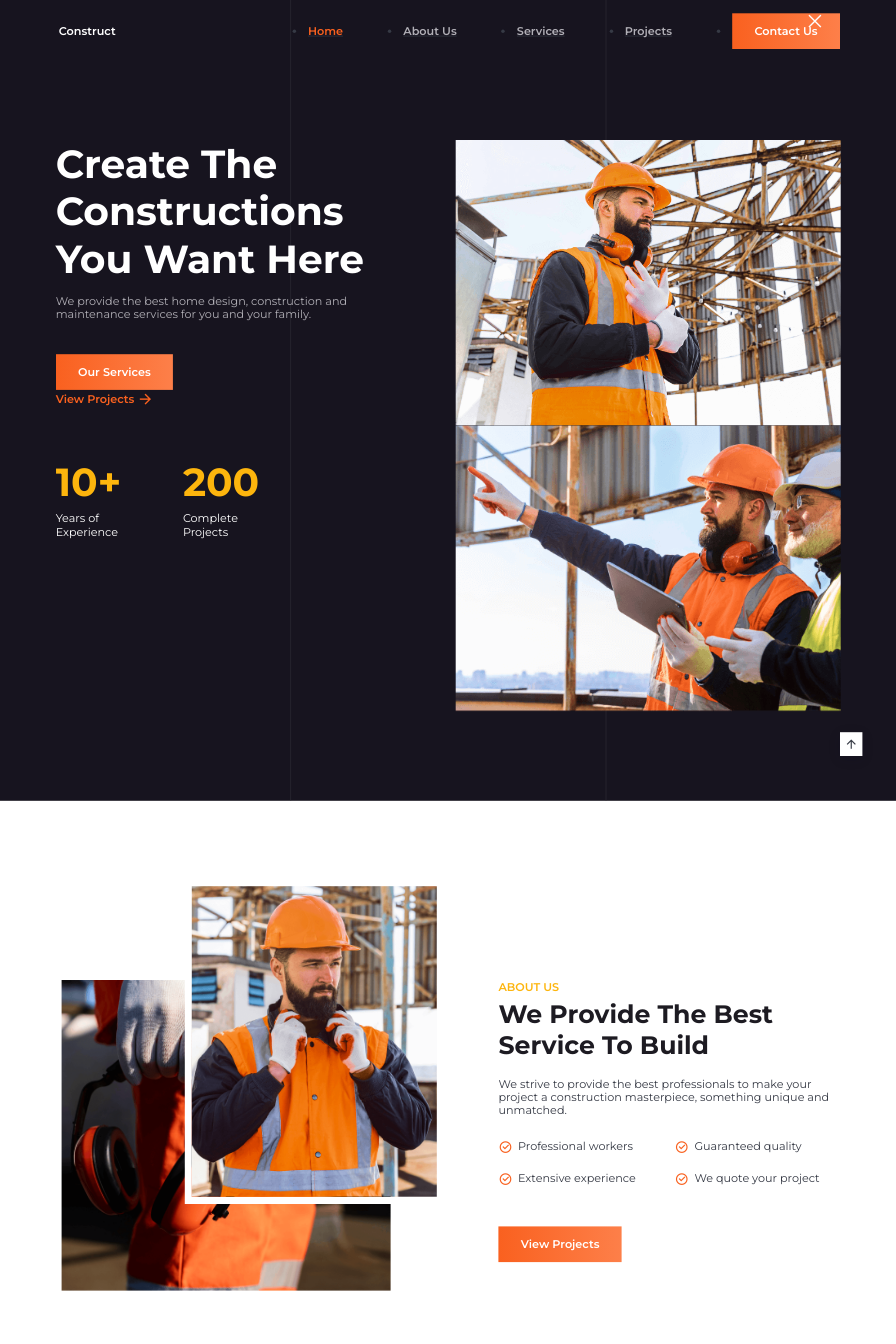
Repository: douglasabnovato/construction
Page: index.html
These files come from the project's save history. The page is drawn as it stood at one moment and after the next save; the edit follows.
The browser window is 1280 px wide. The pictures show the part of the page from y = 0 to 1920 px (the page is 6042 px tall before and 5795 px after), at 70% of full size.

Above is the page before, as saved 2025-05-01 23:54:03.
Console error: ReferenceError: ScrollReveal is not defined

### index.html
<!DOCTYPE html>
<html lang="en">
  <head>
    <meta charset="UTF-8" />
    <meta name="viewport" content="width=device-width, initial-scale=1.0" />

    <!--=============== FAVICON ===============-->
    <link
      rel="shortcut icon"
      href="assets/img/favicon.png"
      type="image/x-icon"
    />

    <!--=============== REMIXICONS ===============-->
    <link
      rel="stylesheet"
      href="https://cdnjs.cloudflare.com/ajax/libs/remixicon/4.2.0/remixicon.css"
    />

    <!--=============== SWIPER CSS ===============-->
    <link rel="stylesheet" href="./assets/css/swiper-bundle.min.css" />

    <!--=============== CSS ===============-->
    <link rel="stylesheet" href="assets/css/styles.css" />

    <title>Construction</title>
  </head>
  <body>
    <!--==================== HEADER ====================-->
    <header class="header bg-header" id="header">
      <nav class="nav container">
        <a href="#" class="nav__logo">
          <i class="ri-bulding-3-line"></i>
          <span>Construct</span>
        </a>
        <div class="nav__menu" id="nav-menu">
          <u class="nav__list">
            <li>
              <a href="#home" class="nav__link active-link">Home</a>
            </li>
            <li>
              <a href="#about" class="nav__link"> About Us</a>
            </li>
            <li>
              <a href="#services" class="nav__link"> Services</a>
            </li>
            <li>
              <a href="#projects" class="nav__link"> Projects</a>
            </li>
            <li>
              <a href="#contact" class="nav__link button"> Contact Us</a>
            </li>
          </u>
          <!-- Close Button -->
          <div class="nav__close" id="nav-close">
            <i class="ri-close-large-line"></i>
          </div>
        </div>
        <!-- Toggle menu -->
        <div class="nav__toggle" id="nav-toggle">
          <i class="ri-apps-2-line"></i>
        </div>
      </nav>
    </header>

    <!--==================== MAIN ====================-->
    <main class="main">
      <!--==================== HOME ====================-->
      <section class="home section" id="home">
        <img
          src="./assets/img/home-lines-bg.svg"
          alt="image"
          class="home__lines"
        />
        <div class="home__container container grid">
          <div class="home__content grid">
            <div class="home__data">
              <h1 class="home__title">
                Create The<br />
                Constructions<br />
                You Want Here
              </h1>
              <p class="home__description">
                We provide the best home design, construction and maintenance
                services for you and your family.
              </p>
              <div class="home__buttons">
                <a href="#services" class="button">Our Services</a>
                <a href="#projects" class="button__link"
                  ><span>View Projects</span> <i class="ri-arrow-right-line"></i
                ></a>
              </div>
            </div>
            <div class="home__info">
              <div>
                <h3 class="home__info-title">10+</h3>
                <p class="home__info-description">
                  Years of <br />
                  Experience
                </p>
              </div>
              <div>
                <h3 class="home__info-title">200</h3>
                <p class="home__info-description">
                  Complete <br />
                  Projects
                </p>
              </div>
            </div>
          </div>
          <div class="home__images">
            <img
              src="./assets/img/home-img-1.png"
              alt="imagem"
              class="home__img-1"
            />
            <img
              src="./assets/img/home-img-2.png"
              alt="imagem"
              class="home__img-1"
            />
          </div>
        </div>
      </section>

      <!--==================== ABOUT ====================-->
      <section class="about section" id="about">
        <div class="about__container container grid">
          <div class="about__data">
            <span class="section__subtitle">ABOUT US</span>
            <h2 class="section__title">
              We Provide The Best <br />
              Service To Build
            </h2>
            <p class="about__description">
              We strive to provide the best professionals to make your project a
              construction masterpiece, something unique and unmatched.
            </p>
            <ul class="about__list grid">
              <li class="about__list-item">
                <i class="ri-checkbox-circle-line"></i>
                <span>Professional workers</span>
              </li>
              <li class="about__list-item">
                <i class="ri-checkbox-circle-line"></i>
                <span>Guaranteed quality</span>
              </li>
              <li class="about__list-item">
                <i class="ri-checkbox-circle-line"></i>
                <span>Extensive experience</span>
              </li>
              <li class="about__list-item">
                <i class="ri-checkbox-circle-line"></i>
                <span>We quote your project</span>
              </li>
            </ul>
            <a href="#" class="button">View Projects</a>
          </div>
          <div class="about__images">
            <img
              src="./assets/img/about-img-1.png"
              alt="image"
              class="about__img-1"
            />
            <img
              src="./assets/img/about-img-2.png"
              alt="image"
              class="about__img-2"
            />
          </div>
        </div>
      </section>

      <!--==================== SERVICES ====================-->
      <section class="services section" id="services">
        <div class="services__container container grid">
          <div class="services__data">
            <div>
              <span class="section__subtitle">OUR SERVICES</span>
              <h2 class="section__title">
                High Quality <br />
                Construction Services
              </h2>
            </div>
            <p class="services__description">
              We provide multiple services for you, offering confidence and
              security in construction.
            </p>
            <a href="#contact" class="button">Contact Now</a>
          </div>
          <div class="services__swiper swiper">
            <div class="swiper-wrapper">
              <article class="services__card swiper-slide">
                <div class="services__icon">
                  <i class="ri-building-line"></i>
                </div>
                <h3 class="services__title">
                  Housing <br />
                  Construction
                </h3>
                <p>
                  We build with the best professionals and high-quality work for
                  a safe and effective home.
                </p>
              </article>
              <article class="services__card swiper-slide">
                <div class="services__icon">
                  <i class="ri-home-office-line"></i>
                </div>
                <h3 class="services__title">
                  Construction Of <br />
                  Home Areas
                </h3>
                <p>
                  We build with the best professionals and high-quality work for
                  a safe and effective home.
                </p>
              </article>
              <article class="services__card swiper-slide">
                <div class="services__icon"><i class="ri-tools-line"></i></div>
                <h3 class="services__title">
                  Maintenance & <br />
                  Repair
                </h3>
                <p>
                  We build with the best professionals and high-quality work for
                  a safe and effective home.
                </p>
              </article>
              <article class="services__card swiper-slide">
                <div class="services__icon"><i class="ri-box-3-line"></i></div>
                <h3 class="services__title">
                  Installation Of <br />
                  ceramics & Others
                </h3>
                <p>
                  We build with the best professionals and high-quality work for
                  a safe and effective home.
                </p>
              </article>
              <article class="services__card swiper-slide">
                <div class="services__icon"><i class="ri-drop-line"></i></div>
                <h3 class="services__title">
                  Water & Drainage <br />
                  Installation
                </h3>
                <p>
                  We build with the best professionals and high-quality work for
                  a safe and effective home.
                </p>
              </article>
            </div>
          </div>
          <!-- Navigation buttons -->
          <div class="swiper-button-prev">
            <i class="ri-arrow-left-line"></i>
          </div>
          <div class="swiper-button-next">
            <i class="ri-arrow-right-line"></i>
          </div>
        </div>
        <div class="services__shape"></div>
      </section>

      <!--==================== PROJECTS ====================-->
      <section class="projects section" id="projects">
        <span class="section__subtitle">OUR PROJECTS</span>
        <h2 class="section__title">
          Latest Completed <br />
          Projects
        </h2>
        <div class="projects_container container grid">
          <article class="projects__card">
            <img
              src="./assets/img/projects-img-1.png"
              alt="image"
              class="projects_img"
            />
            <div class="projects__data">
              <span>House construction</span>
              <h2 class="projects__title">Two Story House</h2>
              <span class="projects__date">January 15, 2024</span>
              <p>
                Construction of a two-story house with columns, foundations,
                floor, ceilings and others.
              </p>
            </div>
          </article>
          <article class="projects__card">
            <img
              src="./assets/img/projects-img-2.png"
              alt="image"
              class="projects_img"
            />
            <div class="projects__data">
              <span>Maintenance & Repair</span>
              <h2 class="projects__title">Stairs & Columns</h2>
              <span class="projects__date">May 21, 2024</span>
              <p>
                Construction of a two-story house with columns, foundations,
                floor, ceilings and others.
              </p>
            </div>
          </article>
          <article class="projects__card">
            <img
              src="./assets/img/projects-img-3.png"
              alt="image"
              class="projects_img"
            />
            <div class="projects__data">
              <span>Construction Of Home Areas</span>
              <h2 class="projects__title">kitchen Room</h2>
              <span class="projects__date">July 03, 2024</span>
              <p>
                Construction of a two-story house with columns, foundations,
                floor, ceilings and others.
              </p>
            </div>
          </article>
        </div>
      </section>

      <!--==================== CONTACT ====================-->
      <section class="contact section" id="contact">
        <div class="container">
          <span class="section__subtitle"> CONTACT ME </span>
          <h2 class="section__title">Write To Us & Build</h2>
          <div class="contact__container grid">
            <img
              src="./assets/img/contact-img.png"
              alt="image"
              class="contact__img"
            />
            <div class="contact__data grid">
              <div class="contact__card">
                <div class="contact_icon">
                  <i class="ri-map-pin-2-line"></i>
                </div>
                <h3 class="contact__title">I'm here</h3>
                <address class="contact__info">
                  Peru - Lima <br />
                  Av.Moon #321
                </address>
              </div>
              <div class="contact__card">
                <div class="contact_icon">
                  <i class="ri-phone-line"></i>
                </div>
                <h3 class="contact__title">Talk to me</h3>
                <address class="contact__info">
                  +00-987-7654-321 <br />
                  +11-012345
                </address>
              </div>
              <div class="contact__card">
                <div class="contact_icon">
                  <i class="ri-message-3-line"></i>
                </div>
                <h3 class="contact__title">Chat with me</h3>
                <div class="contact__social">
                  <a
                    href="https://api.whatsapp.com/send?phone=51123456789&text=Hello,
                  more information!"
                    target="_blank"
                    class="contact__social-link"
                    ><i class="ri-whatsapp-line"></i
                  ></a>
                  <a
                    href="https://m.me/bedimcode"
                    target="_blank"
                    class="contact__social-link"
                    ><i class="ri-messenger-line"></i
                  ></a>
                  <a
                    href="https://t.me/telegram"
                    target="_blank"
                    class="contact__social-link"
                    ><i class="ri-telegram-line"></i
                  ></a>
                </div>
              </div>
            </div>
          </div>
        </div>
      </section>
    </main>

    <!--==================== FOOTER ====================-->
    <footer class="footer">
      <div class="footer__container container grid">
        <div>
          <a href="#" class="footer__logo">
            <i class="ri-building-3-line"></i>
            <span>Construct</span>
          </a>
          <p class="footer__description">
            We build security <br />
            and trust in homes.
          </p>
          <address class="fooer__email">Email: construct123@email.com</address>
        </div>
        <div class="footer__content grid">
          <div>
            <h3 class="footer__title">Company</h3>
            <ul class="footer_links">
              <li><a href="#about" class="footer__link">About Us </a></li>
              <li><a href="#services" class="footer__link">Services </a></li>
              <li><a href="#projects" class="footer__link">Projects</a></li>
            </ul>
          </div>
          <div>
            <h3 class="footer__title">Information</h3>
            <ul class="footer__list">
              <li>
                <address class="footer__info">
                  Peru - Lima <br />
                  Av.Moon #321
                </address>
              </li>
              <li>
                <address class="footer__info">9AM - 11PM</address>
              </li>
            </ul>
          </div>
          <div>
            <h3 class="footer__title">Social Media</h3>
            <div class="footer__social">
              <a
                href="https://www.facebook.com/"
                class="footer__social-link"
                target="_blank"
              >
                <i class="ri-facebook-circle-line"></i>
              </a>
              <a
                href="https://www.instagram.com/"
                class="footer__social-link"
                target="_blank"
              >
                <i class="ri-instagram-line"></i>
              </a>
              <a
                href="https://twitter.com/"
                class="footer__social-link"
                target="_blank"
              >
                <i class="ri-twitter-x-line"></i>
              </a>
            </div>
          </div>
        </div>
      </div>
      <span class="footer__copy">&#169; All Rights Reserved By Bedimcode</span>
    </footer>

    <!--========== SCROLL UP ==========-->
    <a href="#" class="scrollup" id="scroll-up">
      <i class="ri-arrow-up-line"></i>
    </a>

    <!--=============== SCROLLREVEAL ===============-->
    <script src=""></script>

    <!--=============== SWIPER JS ===============-->
    <script src="./assets/js/swiper-bundle.min.js"></script>

    <!--=============== MAIN JS ===============-->
    <script src="assets/js/main.js"></script>
  </body>
</html>

Loaded but not shown: assets/css/swiper-bundle.min.css (library); assets/js/swiper-bundle.min.js (library); assets/js/main.js (100 lines, source omitted); assets/css/styles.css (1043 lines, source omitted)

After the next save:
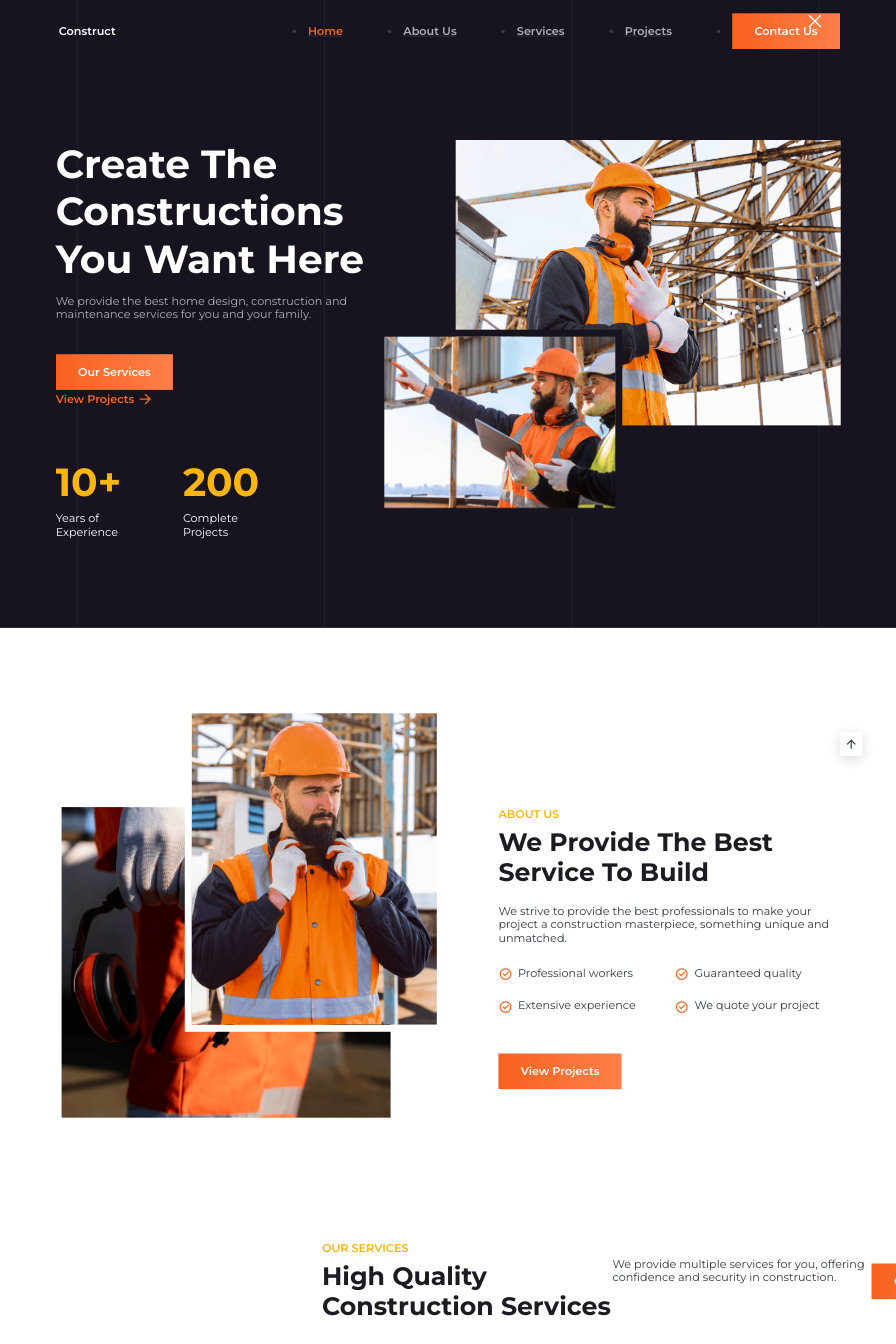
Saved 47 s later.
--- a/index.html
+++ b/index.html
@@ -117,7 +117,7 @@
             <img
               src="./assets/img/home-img-2.png"
               alt="imagem"
-              class="home__img-1"
+              class="home__img-2"
             />
           </div>
         </div>
